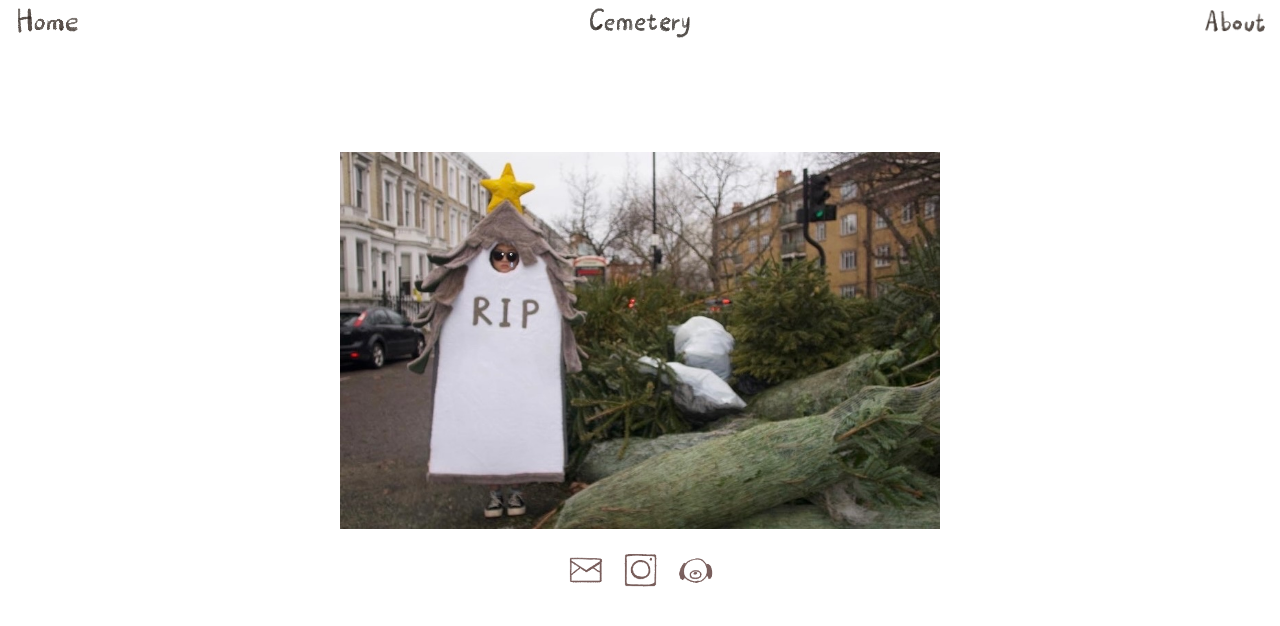
Repository: FuugaMo/ByeByeChristmasTree.github.io
Page: about.html
The author's editor kept a copy of each file at every save. The page is drawn from the files as they stood at one save, then again after the next save.
The browser window is 1280 px wide. The pictures show the whole page.

Above is the page before, as saved 2023-08-02 09:34:58.

After the next save:
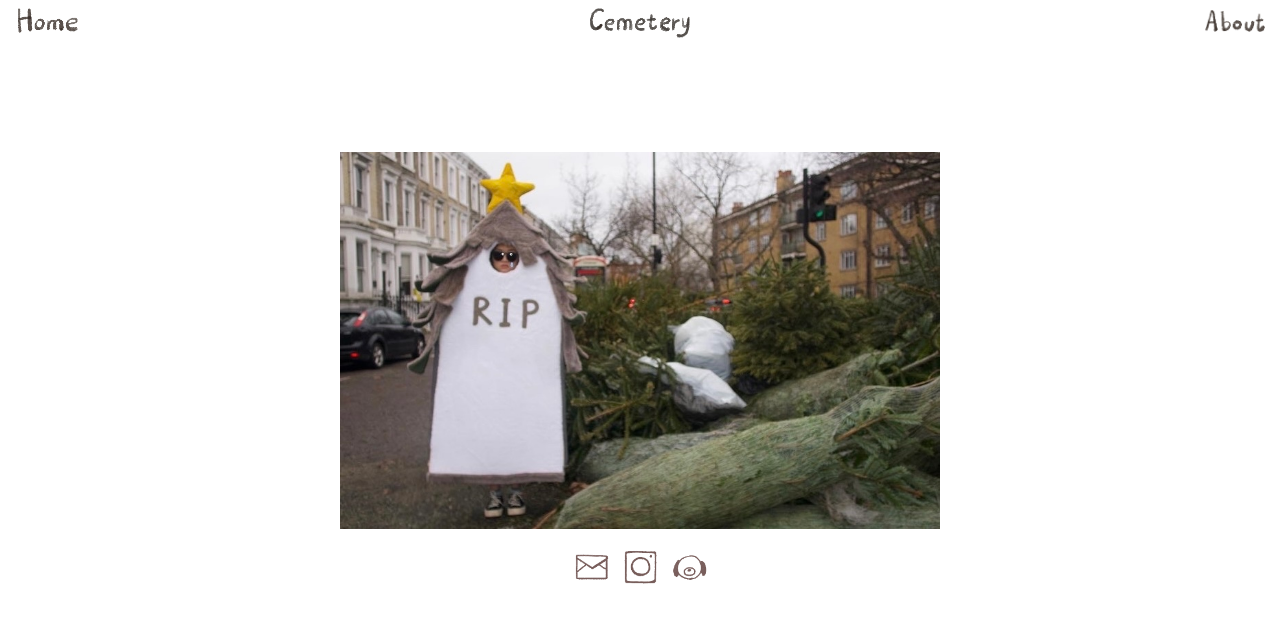
Saved 5 s later.
--- a/about.css
+++ b/about.css
@@ -100,7 +100,7 @@ html {
 }
 
 .link a {
-    margin: 10px;
+    margin: 7px;
     /* 可根据需要调整间距 */
 }
 
